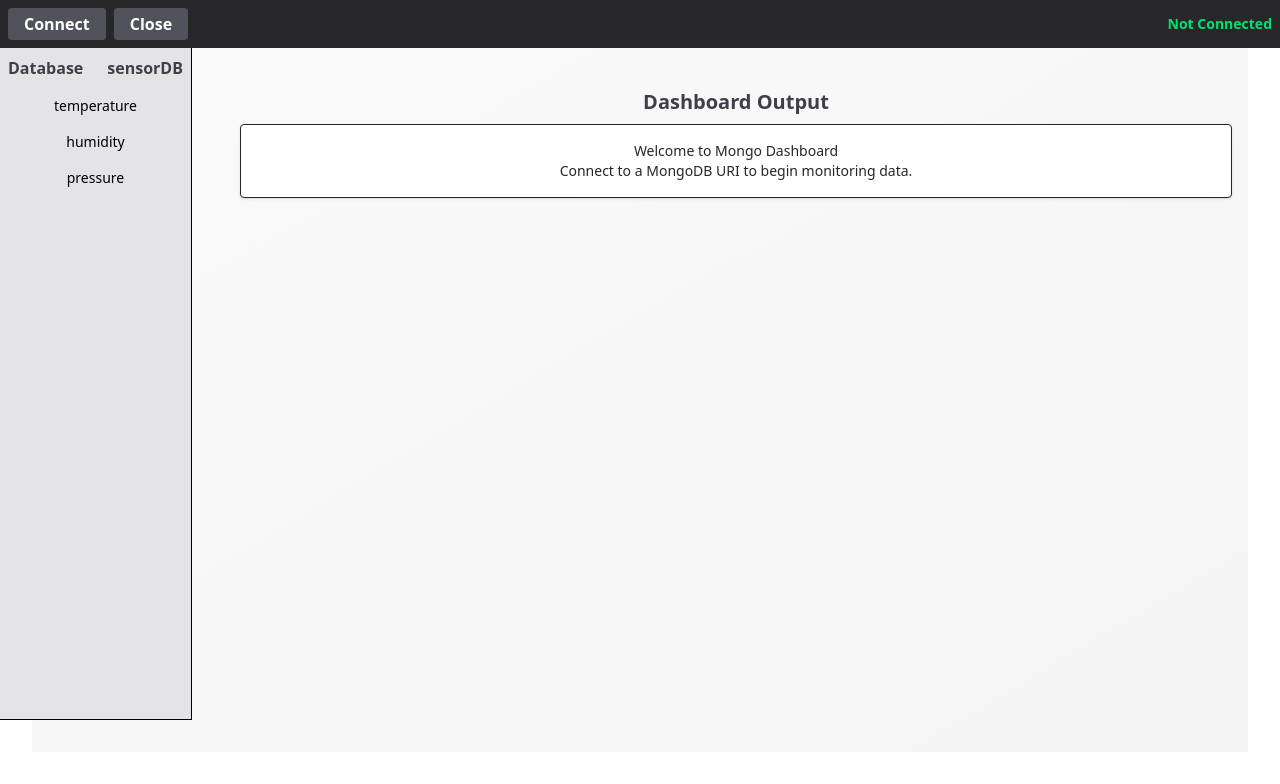
Repository: aryan151pratap/Dashboard
Page: / (app in frontened/), after clicking the first element matching `li.hover\:underline`
An editor plug-in stored every save of this project. The page is shown before and after the next save, followed by the edit.
The browser window is 1280 px wide. The pictures show the whole page.
The project was rebuilt for these pictures with package versions that can differ from the ones it lists, and the page was loaded fresh each time. Also part of the build but not shown: frontened/vite.config.js, frontened/src/component/connect.jsx.

Above is the page before, as saved 2025-06-24 14:24:21.

### frontened/index.html
<!doctype html>
<html lang="en">
  <head>
    <meta charset="UTF-8" />
    <link rel="icon" type="image/svg+xml" href="/vite.svg" />
    <meta name="viewport" content="width=device-width, initial-scale=1.0" />
    <title>Dashboard</title>
    <script src="https://cdn.jsdelivr.net/npm/@tailwindcss/browser@4"></script>

  </head>
  <body>
    <div id="root"></div>
    <script type="module" src="/src/main.jsx"></script>
  </body>
</html>

### frontened/src/App.jsx
import { useState } from 'react'
import './App.css'
import Dashboard from './component/dashboard'

function App() {

  return (
    <>
    <div className='h-screen w-full'>
      <Dashboard/>
    </div>
    </>
  )
}

export default App

### frontened/src/component/dashboard.jsx
import Bar from "./bar";

function Dashboard(){
	return(
		<>
		<div className="h-full w-full bg-gradient-to-br from-zinc-50 to-zinc-100">
			<Bar/>
		</div>
		</>
	)
}

export default Dashboard;

### frontened/src/component/bar.jsx
import { useState } from "react";
import Connect from "./connect";
import Left_bar from "./left_bar";
import Right_bar from "./right_bar";

function Bar() {
  const [buttons] = useState(["connect", "close"]);
  const [showModal, setShowModal] = useState(false);
  const [uri, setUri] = useState("");
  const [connected, setConnected] = useState(false);

  return (
    <div>
		{/* Top Navbar */}
		<div className="w-full fixed top-0 left-0 flex justify-between items-center p-2 bg-zinc-800 text-white z-10">
			<div className="flex gap-2">
			{buttons.map((i, index) => (
				<button
				key={index}
				onClick={() => i === "connect" && setShowModal(true)}
				className="capitalize font-semibold bg-zinc-600 px-4 py-1 rounded hover:bg-zinc-700"
				>
				{i}
				</button>
			))}
			</div>
			<p className="font-semibold text-green-400 text-sm">
			{connected ? "Connected" : "Not Connected"}
			</p>
		</div>

		<div className="h-screen flex flex-col">

			<Left_bar/>

			<Right_bar/>

		</div>

		{showModal && (
			<Connect
				uri={uri}
				setUri={setUri}
				setConnected={setConnected}
				setShowModal={setShowModal}
			/>
		)}
    </div>
  );
}

export default Bar;

### frontened/src/component/left_bar.jsx
import { useState } from "react";
import clusterData from "../data/clusterData";

function Left_bar(){
	const [current_database, setCurrent_database] = useState(null);

	const handle_current_database = function(i){
		setCurrent_database(i);
	}
	return(
		<>
		<div className="shrink-0 h-fit sm:h-full w-full pt-12 sm:w-48 bg-zinc-200 sm:fixed left-0 top-0 border-b sm:border-r">

			<div className="flex flex-row">
				<button className={`sm:text-center font-bold px-2 py-2 ${current_database === null ? 'text-white bg-zinc-700' : 'text-zinc-700'}`}>
					Database
				</button>

				{current_database &&
					<button className="sm:text-center font-bold px-4 py-2 text-zinc-700">{current_database.name}</button>
				}
			</div>


			<ul className="px-4 text-sm flex sm:flex-col flex-row gap-4 py-2">
			{current_database ?
			<>
				{current_database.collections.map((i, index) => (
					<li className="hover:underline cursor-pointer"
					// onClick={() => handle_current_database(i)}
					>
						{i}
					</li>
				))}
			</>
			:
			<>
				{clusterData.databases.map((i, index) => (
					<li className="hover:underline cursor-pointer"
					onClick={() => handle_current_database(i)}
					>
						{i.name}
					</li>
				))}
			</>
			}
			</ul>
		</div>
		</>
	)
}

export default Left_bar;

### frontened/src/component/right_bar.jsx
function Right_bar(){
	return(
		<>
		<div className="sm:ml-48 pt-14 p-4">
			<h1 className="text-xl font-bold mb-2 text-zinc-700">Dashboard Output</h1>
			<div className="bg-white p-4 border rounded shadow text-sm text-zinc-800">
			<p>Welcome to Mongo Dashboard</p>
			<p>Connect to a MongoDB URI to begin monitoring data.</p>
			</div>
		</div>
		</>
	)
}

export default Right_bar;

### frontened/src/data/clusterData.js
const clusterData = {
  name: "iotCluster",
  uri: "mongodb+srv://admin:pass@iotcluster.mongodb.net", // optional metadata
  databases: [
    {
      name: "sensorDB",
      collections: ["temperature", "humidity", "pressure"]
    },
    {
      name: "deviceLogs",
      collections: ["bootLogs", "errorLogs", "runtimeStats"]
    },
    {
      name: "statusDB",
      collections: ["uptime", "statusHistory", "batteryHealth"]
    }
  ]
};

export default clusterData;

Loaded but not shown: frontened/src/main.jsx (common file); frontened/src/App.css (common file)

After the next save:
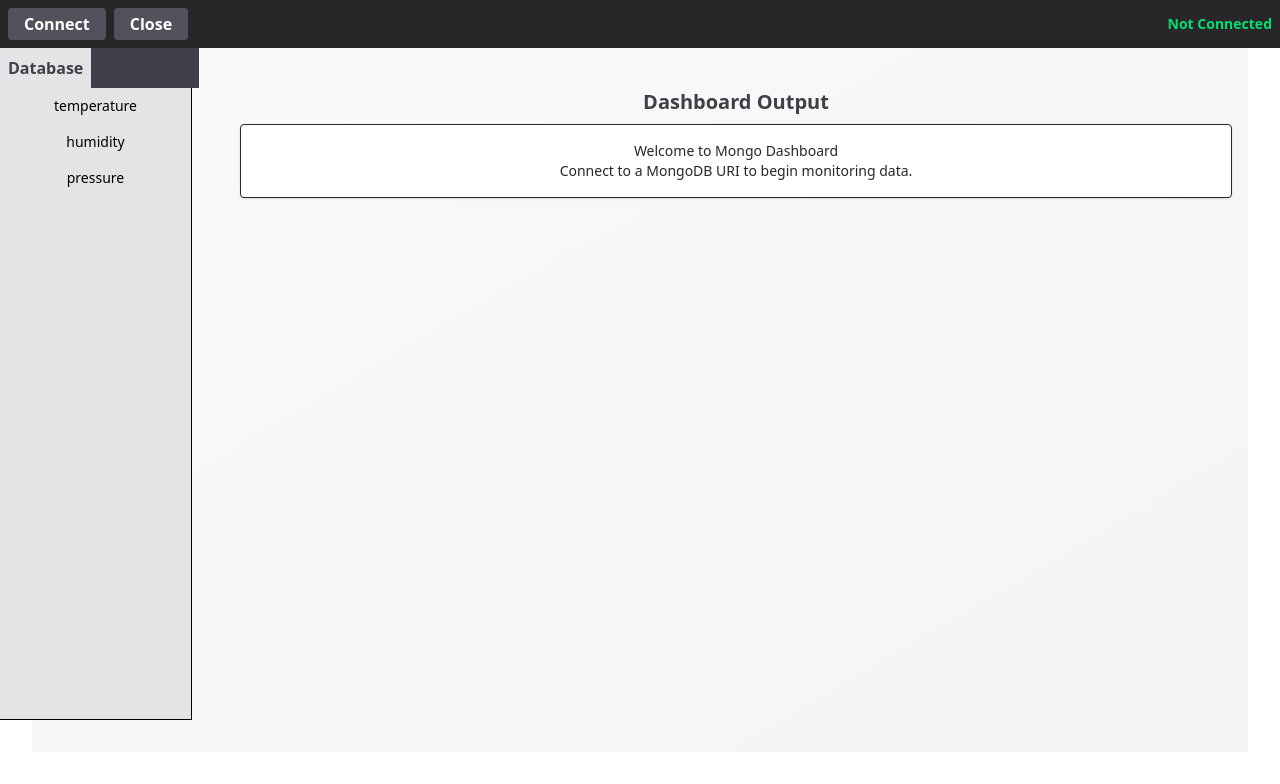
Saved 25 s later.
--- a/frontened/src/component/left_bar.jsx
+++ b/frontened/src/component/left_bar.jsx
@@ -17,7 +17,7 @@ function Left_bar(){
 				</button>
 
 				{current_database &&
-					<button className="sm:text-center font-bold px-4 py-2 text-zinc-700">{current_database.name}</button>
+					<button className={`sm:text-center font-bold px-4 py-2 text-zinc-700 ${current_database !== null ? 'text-white bg-zinc-700' : 'text-zinc-700'}`}>{current_database.name}</button>
 				}
 			</div>
 
